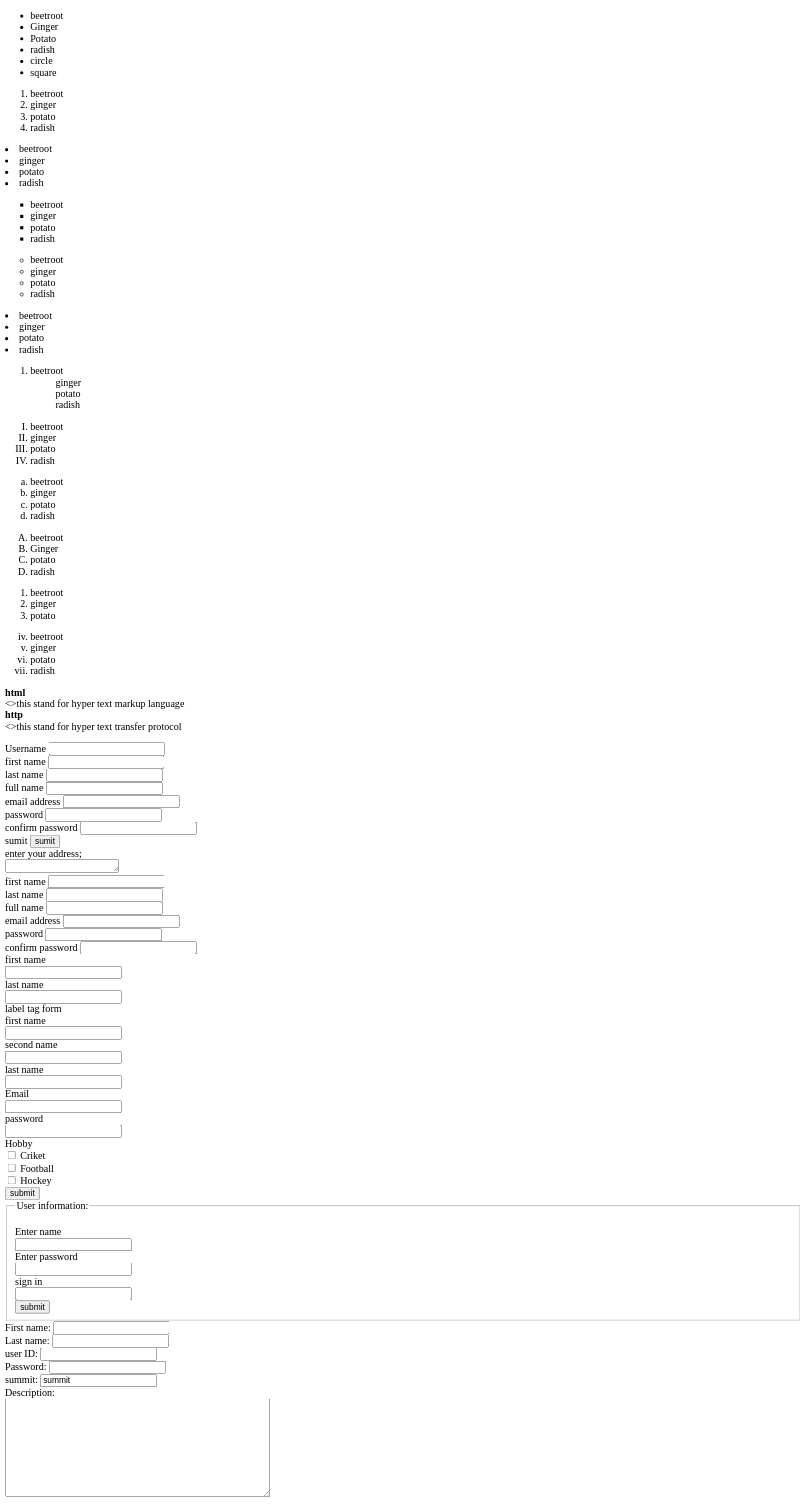
Repository: Achuut/first-code-lessons
Page: Achut.HTML
These files come from the project's save history. The page is drawn as it stood at one moment and after a run of saves; the edit follows.
The browser window is 1280 px wide. The pictures show the whole page, at 63% of full size.

Above is the page before, as saved 2023-03-27 12:01:02.

### Achut.HTML
<!DOCTYPE html>
<html lang="en">
<head>
    <meta charset="UTF-8">
    <meta http-equiv="X-UA-Compatible" content="IE=edge">
    <meta name="viewport" content="width=device-width, initial-scale=1.0">
    <title>Document</title>
    <link rel="stylesheet" href="/Mijak.CSS">

</head>
<body>
    <ul>
        <li>beetroot</li>
        <li>Ginger</li>
        <li>Potato</li>
        <li>radish</li>
        <li>circle</li>
        <li>square</li>
    </ul>
    <ol>
        <li>beetroot</li>
        <li>ginger</li>
        <li>potato</li>
        <li>radish</li>
    </ol>
     <dl>
        <li>beetroot</li>
        <li>ginger</li>
        <li>potato</li>
        <li>radish</li>
     </dl>
     <ul type ="square">
        <li>beetroot</li>
        <li>ginger</li>
        <li>potato</li>
        <li>radish</li>
     </ul>
     <ul type ="circle">
        <li>beetroot</li>
        <li>ginger</li>
        <li>potato</li>
        <li>radish</li>
    </ul type = "disc">
      <li>beetroot</li>
      <li>ginger</li>
      <li>potato</li>
      <li>radish</li>
      <ol types = "i">
        <li>beetroot</li>
        <ol>ginger</ol>
        <ol>potato</ol>
        <ol>radish</ol>
      </ol>
      <ol type = "I">
        <li>beetroot</li>
        <li>ginger</li>
        <li>potato</li>
        <li>radish</li>
      </ol>
      <ol type = "a">
        <li>beetroot</li>
        <li>ginger</li>
        <li>potato</li>
        <li>radish</li>
      </ol>
      <ol type = "A">
        <li>beetroot</li>
        <LI>Ginger</LI>
        <LI>potato</LI>
        <li>radish</li>
      </ol>
      <ol>
        <li>beetroot</li>
        <li>ginger</li>
        <li>potato</li>
      </ol>
      <ol type = "i" start = "4">
        <li>beetroot</li>
        <li>ginger</li>
        <li>potato</li>
        <li>radish</li>
      </ol>
      <dl>
        <dt>
          <b>html</b></dt>
          <>this stand for hyper text markup language</>
          <dt><b>http</b></dt>
          <>this stand for hyper text transfer protocol</>
      </dl>
      <Form>
        Username <input type="text" name="username"><br>
        first name <input type="text" name="firstname"><br>
        last name <input type="text" name="lastname"><br>
        full name <input type="text" name="fullname"><br>
        email address <input type="email" name="email"><br>
        password <input type="password" name="password"><br>
        confirm password <input type="text" name="confirm password"><br>
        sumit <button>sumit</button><br>
      </Form>

      <form>
      enter your address;<br>
      <textarea name="2" id="" cols="20" rows="1"></textarea><br>
      first name <input type="text" name="firstname"><br>
      last name <input type="text" name="lastname"><br>
      full name <input type="text" name="fullname"><br>
      email address <input type="text" name="email"><br>
      password <input type="text" name="password"><br>
      confirm password <input type="text" name="confirm password"><br>
      </form>
</body> <!DOCTYPE html>
<html lang="en">
<head>
  <meta charset="UTF-8">
  <meta http-equiv="X-UA-Compatible" content="IE=edge">
  <meta name="viewport" content="width=device-width, initial-scale=1.0">
  <title>Document</title>
</head>
<body>
  <form action="">
    <label for="first name"> first name</label><br>
    <input type="text" id="first name" name="firstname"><br>
    <label for="last name">last name</label><br>
    <input type="text" id="last name"><br>
  </form>
  <form action=""> label tag form <br>
    <label for="first name"> first name</label><br>
    <input type="text" id="first name" name="first name"><br>
    <label for="second name"> second name <br>
    <input type="text" id="second name" name="second name"><br>
    <label for="last name"> last name</label><br>
    <input type="text" id="last name" name="second name"><br>
    <label for="Email"> Email</label><br>
    <input type="text" id="email" name="email"><br>
    <label for="password"> password</label><br>
    <input type="text" id="password" name="password"><br>
    Hobby <br>
    <input type="checkbox" id="Criket" name="Criket" value="Criket">
    <label for="Criket"> Criket</label><br>
    <input type="checkbox" id="football" name="football" value="football">
    <label for="Football"> Football</label><br>
    <input type="checkbox" id="hockey" name="hockey" value="hockey">
    <label for="Hockey"> Hockey</label><br>
    <input type="submit" name="submit" value="submit">
  </form>
  <Fieldset>
    <legend>User information:</legend><br>
    <label for="name">Enter name</label><br>
    <input type="text" id="name" name="name"><br>
    <label for="password"> Enter password</label><br>
    <input type="password" id="password" name="password"><br>
    <label for="sign in"> sign in</label><br>
    <input type="text" id="sign in" name="sign in"><br>
    <input type="submit" name="submit" value="submit">
    </label>
  </Fieldset>
  <Form>
    First name: <input type="text" name="first name"/> <br>
    Last name: <input type="text" last="last name"/> <br>
    user ID: <input type="text" name="user ID"/><br>
    Password: <input type="password" name="password"/><br>
    summit: <input type="summit" name="summit" value="summit"> <br>
    </Form>
    <Form>
      Description: <br />
      <textarea name="description" id="" cols="50" rows="10"></textarea>
    </Form>
</body>
</html>

Loaded but not shown: Mijak.CSS (no stored copy; drawn as an empty file)

After the next 2 saves:
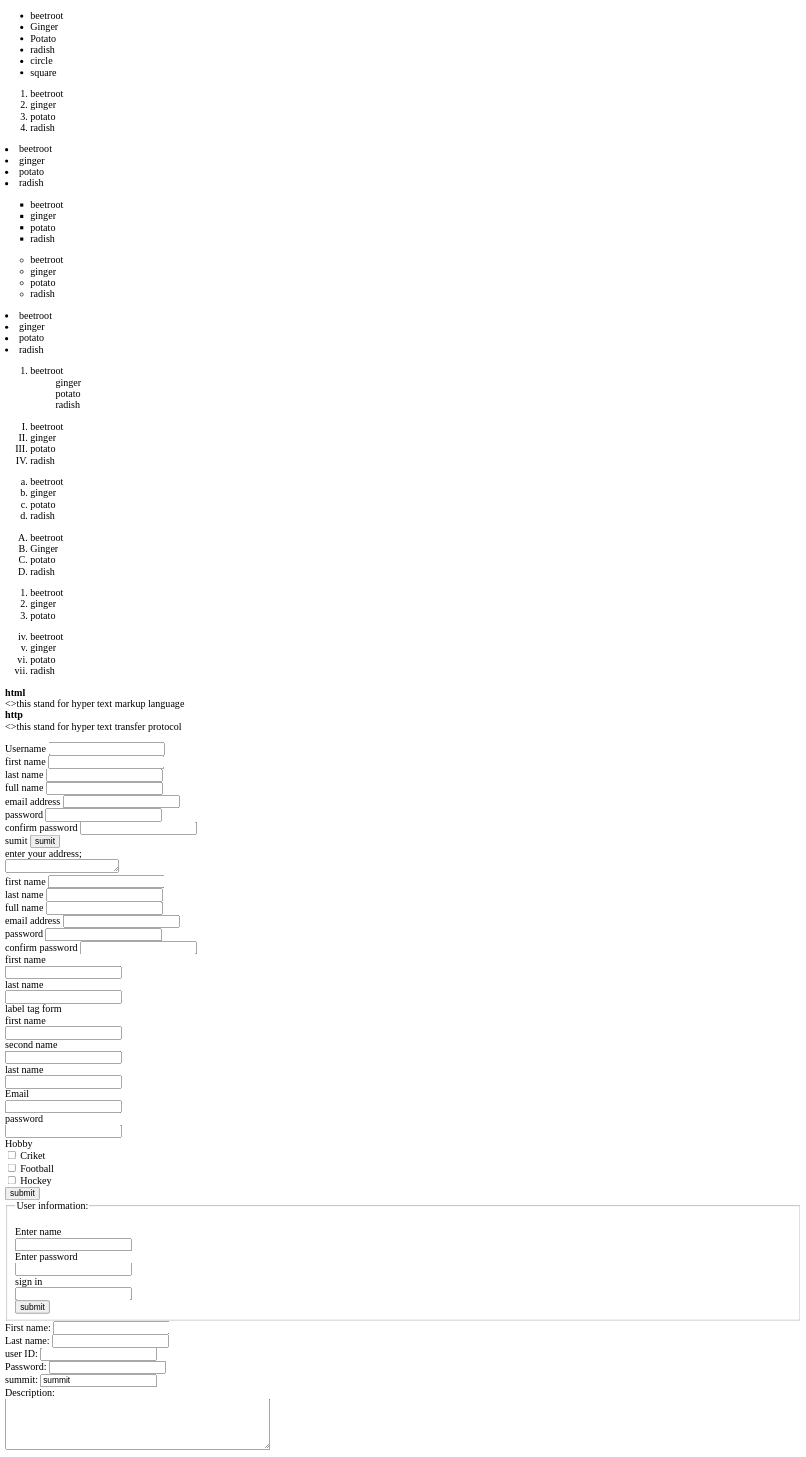
The 2 saves are shown as one change because they came seconds apart.
The last was saved 18 s later.
--- a/Achut.HTML
+++ b/Achut.HTML
@@ -163,7 +163,7 @@
     </Form>
     <Form>
       Description: <br />
-      <textarea name="description" id="" cols="50" rows="10"></textarea>
+      <textarea name="description" id="" cols="50" rows="5"></textarea>
     </Form>
 </body>
 </html>
